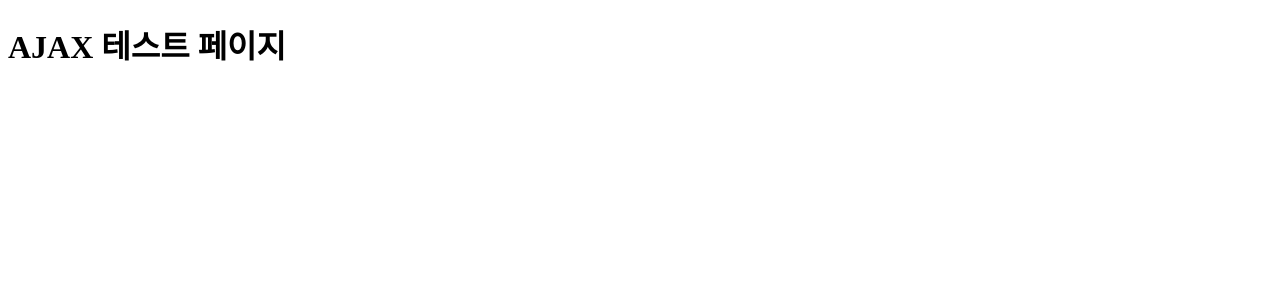
Repository: wona-owo/Spring
Page: http://localhost/00_spring/ajax/movePage.kh
These files come from the project's save history. The page is drawn as it stood at one moment and after the next save; the edit follows.
The browser window is 1280 px wide. The pictures show the whole page.
The page is served by Tomcat 9.

Above is the page before, as saved 2024-12-03 06:25:42.

After the next save:
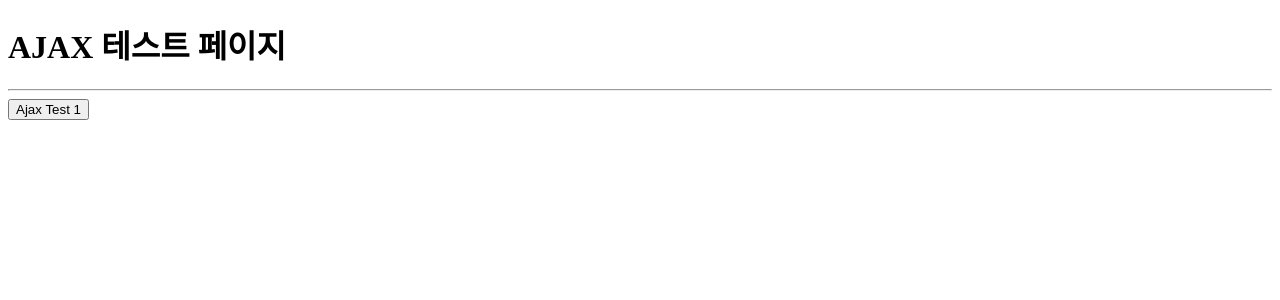
Saved 3 min 45 s later.
--- a/00_spring/src/main/webapp/WEB-INF/views/ajax/ajaxTest.jsp
+++ b/00_spring/src/main/webapp/WEB-INF/views/ajax/ajaxTest.jsp
@@ -5,8 +5,15 @@
 <head>
 <meta charset="UTF-8">
 <title>Insert title here</title>
+<script src="https://code.jquery.com/jquery-3.6.0.min.js"></script>
+
 </head>
 <body>
 	<h1>AJAX 테스트 페이지</h1>
+
+	<hr>
+
+	<button id="ajaxTest1">Ajax Test 1</button>
+
 </body>
 </html>
